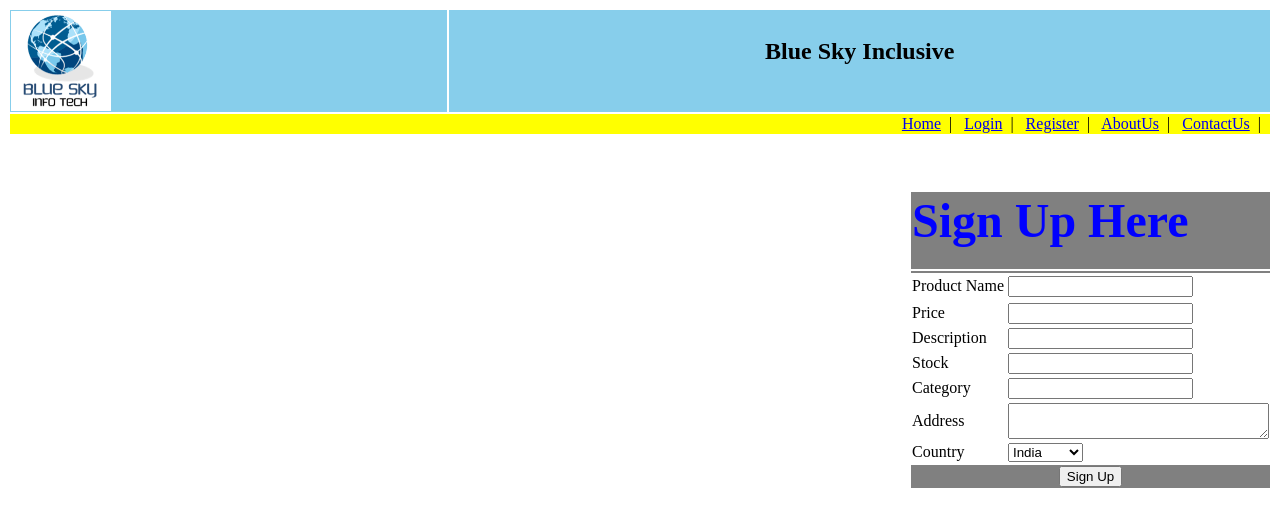
Repository: aishwaryaR16/Term-2-Project
Page: http://localhost/WebDemo/Product.jsp
These files come from the project's save history. The page is drawn as it stood at one moment and after the next save; the edit follows.
The browser window is 1280 px wide. The pictures show the whole page.
The page is served by Tomcat 9. Other server files are loaded and not shown.

Above is the page before, as saved 2020-11-19 16:40:26.

### eclipse-workspace1/WebDemo/WebContent/Product.jsp

<%@ page language="java" contentType="text/html"%>
<%@include file="CommonHeader.jsp" %>
<br/><br/><br/>


<form action="RegisterController" method="post">
<table align="right" cellspacing="2">
<tr bgcolor="grey">
<td colspan="2">

<h2>
<font face="monotype corsiva"color="blue" size="10">Sign Up Here</font>
</h2>
</td></tr>


<tr bgcolor="grey">
<td colspan="2">

<h2 >
<font face="monotype corsiva"color="red" size="10">${errorInfo }</font>
</h2>
</td>
</tr>


<tr>
<td>Product Name</td>
<td> <input type="text" name="ProductName" required/></td>
</tr>
<tr>

<tr>
<td>Price</td>
<td> <input type="text" name="Price" required/></td>
</tr>

<tr>
<td>Description</td>
<td> <input type="text" name="Description" required/></td>
</tr>

<tr>
<td>Stock</td>
<td> <input type="text" name="Stock" required/></td>
</tr>

<tr>
<td>Category</td>
<td> <input type="text" name="Category" required/></td>
</tr>

<tr>
<td>Address</td>
<td> <textarea cols="30" rows="addr"> </textarea> </td>
</tr>

<tr>
<td>Country</td>
<td><select name="country">
<option value="India">India</option>
<option value="SriLanka">SriLanka</option>
<option value="Australia">Australia</option>
<option value="USA">USA</option>
</select></td>
</tr>

<tr bgcolor="grey">
<td colspan="2"><center>
<input type="submit" value="Sign Up"/>
</center>
</td>
</tr>
</table>
</form>
</body>
</html>

### eclipse-workspace1/WebDemo/WebContent/CommonHeader.jsp
<%@ page language="java" contentType="text/html"%>

<html>
<head>
<meta charset="ISO-8859-1">
<title>Common Header</title>
</head>
<body>
<table width="100%">
<tr bgcolor="skyblue">
<td>
<img src="images/1.png" width="100" height="100"/>
</td>
<td>
<h2 align="center"><font face="Monotype Corsiva">Blue Sky Inclusive</font></h2>

</td></tr>
<tr bgcolor="yellow">
<td colspan="2">
<p align="right">
<a href="index">Home</a>&nbsp;&nbsp;|&nbsp;&nbsp;
<a href="Login">Login</a>&nbsp;&nbsp;|&nbsp;&nbsp;
<a href="Register">Register</a>&nbsp;&nbsp;|&nbsp;&nbsp;
<a href="AboutUs">AboutUs</a>&nbsp;&nbsp;|&nbsp;&nbsp;
<a href="ContactUs">ContactUs</a>&nbsp;&nbsp;|&nbsp;&nbsp;

</p>
</tr>
</table>
</body>
</html>

After the next save:
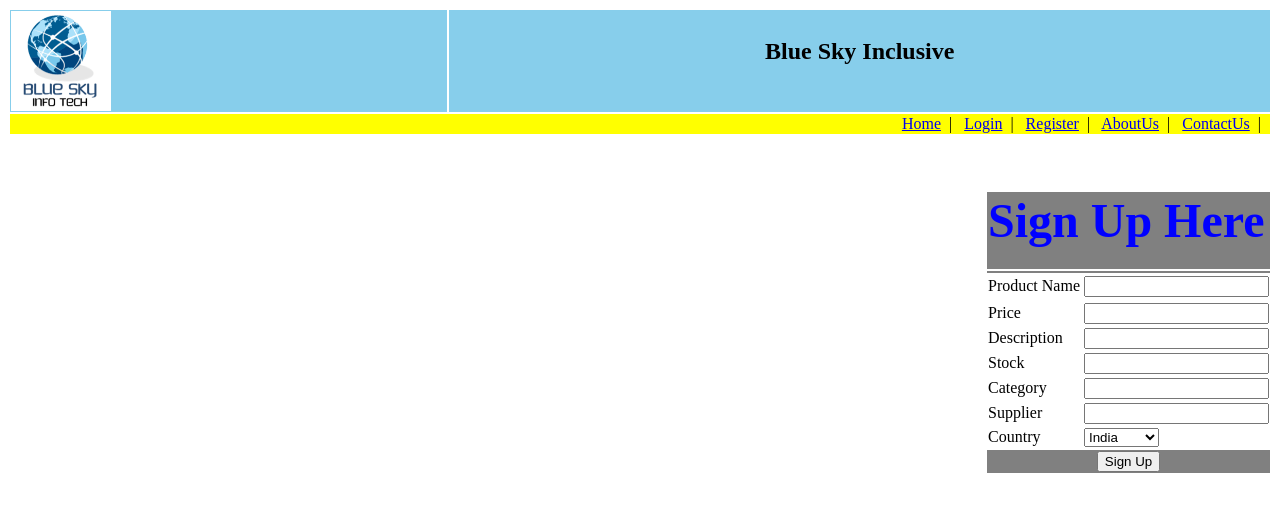
Saved 69 s later.
--- a/eclipse-workspace1/WebDemo/WebContent/Product.jsp
+++ b/eclipse-workspace1/WebDemo/WebContent/Product.jsp
@@ -27,33 +27,33 @@
 
 <tr>
 <td>Product Name</td>
-<td> <input type="text" name="ProductName" required/></td>
+<td> <input type="text" name="productName" required/></td>
 </tr>
 <tr>
 
 <tr>
 <td>Price</td>
-<td> <input type="text" name="Price" required/></td>
+<td> <input type="text" name="price" required/></td>
 </tr>
 
 <tr>
 <td>Description</td>
-<td> <input type="text" name="Description" required/></td>
+<td> <input type="text" name="description" required/></td>
 </tr>
 
 <tr>
 <td>Stock</td>
-<td> <input type="text" name="Stock" required/></td>
+<td> <input type="text" name="stock" required/></td>
 </tr>
 
 <tr>
 <td>Category</td>
-<td> <input type="text" name="Category" required/></td>
+<td> <input type="text" name="category" required/></td>
 </tr>
 
 <tr>
-<td>Address</td>
-<td> <textarea cols="30" rows="addr"> </textarea> </td>
+<td>Supplier</td>
+<td> <input type="text" name="category" required/></td>
 </tr>
 
 <tr>
